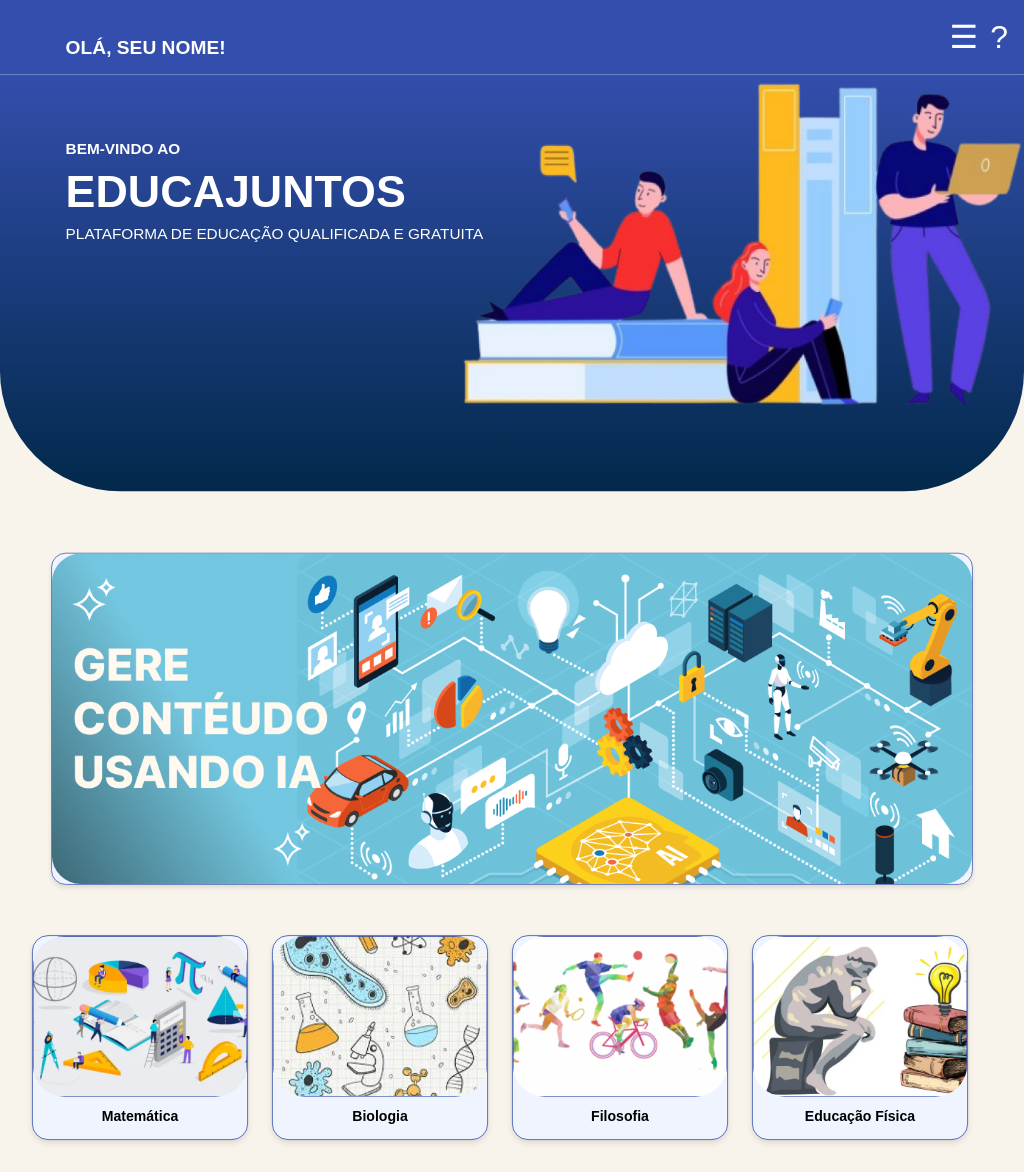
Repository: Matheus904-12/EDUCAJUNTOS
Page: inicio/index.html
These files come from the project's save history. The page is drawn as it stood at one moment and after the next save; the edit follows.
The browser window is 1280 px wide. The pictures show the whole page, at 80% of full size.

Above is the page before, as saved 2024-10-28 19:56:34.

### inicio/index.html
<!DOCTYPE html>
<html lang="pt-BR">

<head>
    <meta charset="UTF-8">
    <meta name="viewport" content="width=device-width, initial-scale=1.0">
    <title>Educajuntos</title>
    <link rel="stylesheet" href="style.css">
</head>

<body>
    <header>
        <h1>OLÁ, SEU NOME!</h1>
        <nav>
            <button class="menu-btn">&#9776;</button>
            <button class="help-btn">?</button>
        </nav>
    </header>

    <section class="hero">
        <h2>BEM-VINDO AO</h2>
        <h3>EDUCAJUNTOS</h3>
        <p>PLATAFORMA DE EDUCAÇÃO QUALIFICADA E GRATUITA</p>
        <div class="hero-image">
            <img src="../image/1.png" alt="Imagem ilustrativa de pessoas estudando">
        </div>
    </section>

    <br>
    <br>
    <br>

    <main>

        <div class="category-card large">
            <img src="../image/7.png" alt="IA">
        </div>

        <section class="categories">
            <div class="category-card">
                <img src="../image/2.png" alt="Matemática">
                <p>Matemática</p>
                <br>
            </div>
            <div class="category-card">
                <img src="../image/3.png" alt="Biologia">
                <p>Biologia</p>
                <br>
            </div>
            <div class="category-card">
                <img src="../image/6.png" alt="Filosofia">
                <p>Filosofia</p>
                <br>
            </div>
            <div class="category-card">
                <img src="../image/5.png" alt="Educação Física">
                <p>Educação Física</p>
                <br>
            </div>
        </section>
    </main>

    <script src="script.js"></script>
</body>

</html>

### inicio/style.css
* {
    margin: 0;
    padding: 0;
    box-sizing: border-box;
    font-family: Arial, sans-serif;
}

body {
    background-color: #F8F4EB;
    color: #333;
}

header {
    background-color: #334EAC;
    color: #fff;
    padding: 20px;
    display: flex;
    justify-content: space-between;
    align-items: center;
}

header h1 {
    font-size: 1.5em;
    margin-left: 5%;
    margin-top: 2%;
}

nav {
    display: flex;
    gap: 15px;
}

.menu-btn,
.help-btn {
    background: none;
    border: none;
    color: #fff;
    font-size: 2.5em;
    cursor: pointer;
}

/* Hero Section with Rounded Bottom Borders and Centered Image */
.hero {
    background: linear-gradient( #334EAC, #02294b);
    color: #fff;
    padding: 20px 20px;
    border-bottom-left-radius: 150px;
    border-bottom-right-radius: 150px;
    position: relative;
    display: flex;
    flex-direction: column;
    align-items: flex-start;
    overflow: hidden;

}

.hero h2 {
    font-size: 1.2em;
    margin-bottom: 10px;
    font-weight: bold;
    margin-left: 5%;
    margin-top: 5%;
}

.hero h3 {
    font-size: 3.5em;
    margin-bottom: 10px;
    font-weight: bold;
    margin-left: 5%;
}

.hero p {
    font-size: 1.2em;
    margin-bottom: 20px;
    margin-left: 5%;
}

.hero-image {
    display: flex;
    margin-left: 40%;
    width: 802px;
    height: 580px;
    margin-top: -25%;
}

.hero-image img {
    width: 100%;
    height: auto;
    border-radius: 0 0 150px 150px;
}

/* Categories Section */
.categories {
    display: grid;
    grid-template-columns: repeat(4, 1fr);
    gap: 0px;
    padding: 40px;
}

.category-card {
    background-color: #F0F4FF; /* Cor de fundo suave */
    border: 1px solid #334EAC; /* Contorno azul */
    border-radius: 20px;
    text-align: center;
    box-shadow: 0px 4px 8px rgba(0, 0, 0, 0.1);
    width: 90%;
    height: 100%;

}

.category-card img {
    width: 100%;
    border-radius: 40px;
    margin-top: 0px;
}

.category-card p {
    margin-top: 10px;
    font-size: 1.1em;
    font-weight: bold;
    color: #000000;
}

/* Ajuste do card para o modo grande */
.category-card.large {
    grid-column: span 2;
    display: flex;
    justify-content: center;
    align-items: center;
    font-size: 1.5em;
    font-weight: bold;
    width: 100%;
    transform: scale(90%);
    border
}

### inicio/script.js
document.addEventListener('DOMContentLoaded', () => {
    const menuButton = document.querySelector('.menu-btn');
    const dropdownMenu = document.querySelector('.dropdown-menu');

    menuButton.addEventListener('click', () => {
        dropdownMenu.style.display = dropdownMenu.style.display === 'block' ? 'none' : 'block';
    });

    // Fecha o menu dropdown ao clicar fora dele
    document.addEventListener('click', (event) => {
        if (!menuButton.contains(event.target) && !dropdownMenu.contains(event.target)) {
            dropdownMenu.style.display = 'none';
        }
    });
});

After the next save:
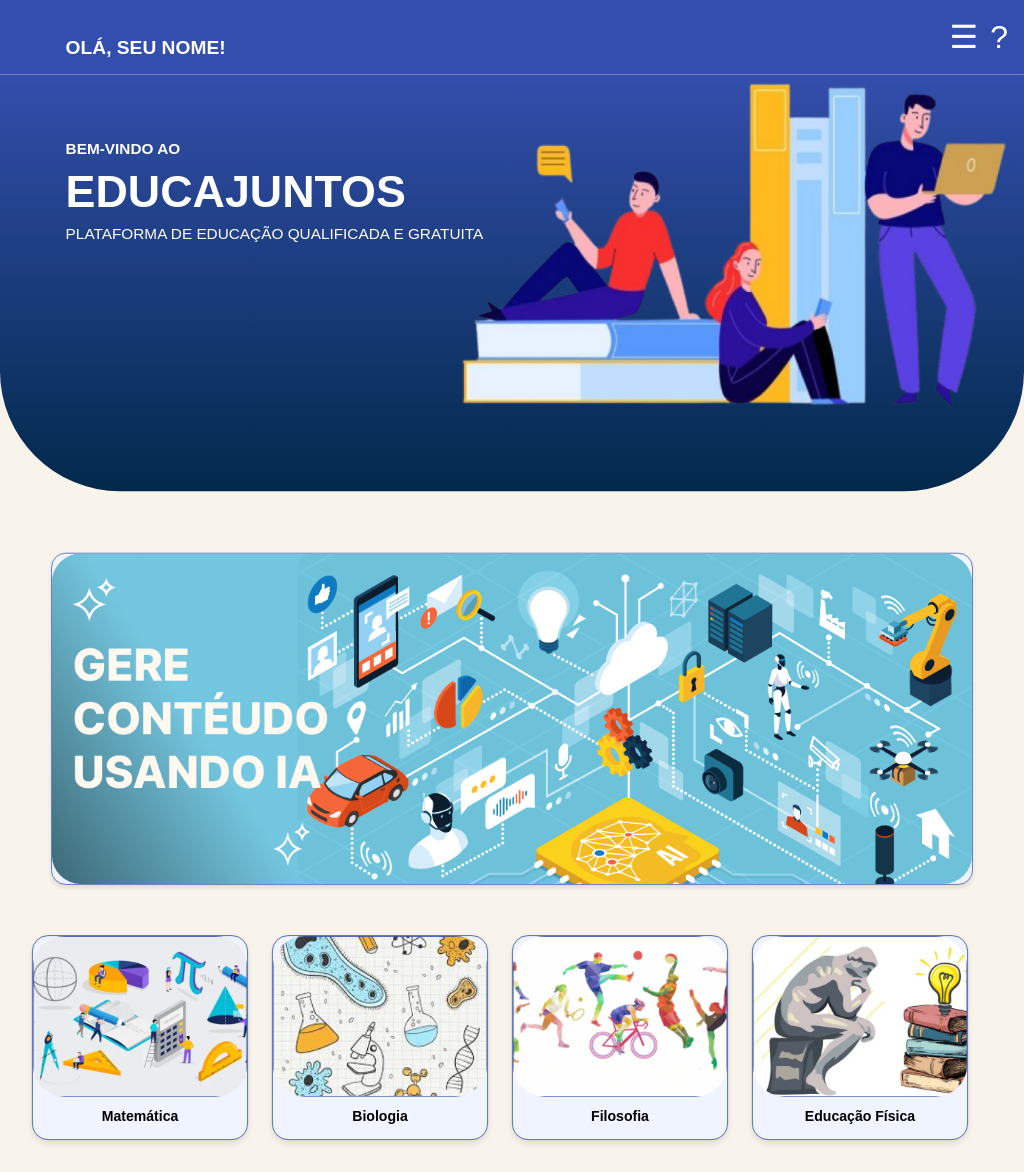
Saved 15 s later.
--- a/inicio/style.css
+++ b/inicio/style.css
@@ -78,7 +78,7 @@ nav {
 .hero-image {
     display: flex;
     margin-left: 40%;
-    width: 802px;
+    width: 782px;
     height: 580px;
     margin-top: -25%;
 }
